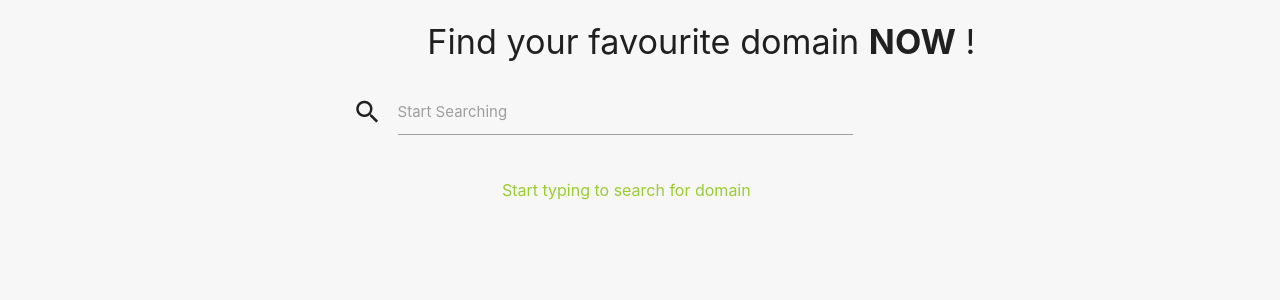
Repository: habib-urrehmaan/domain-name-searcher
Page: / (app in client/)
These files come from the project's save history. The page is drawn as it stood at one moment and after the next save; the edit follows.
The browser window is 1280 px wide. The pictures show the whole page.
The project was rebuilt for these pictures with package versions that can differ from the ones it lists, and the page was loaded fresh each time. Also part of the build but not shown: client/src/Suggested.js.

Above is the page before, as saved 2020-04-17 22:04:07.

After the next save:
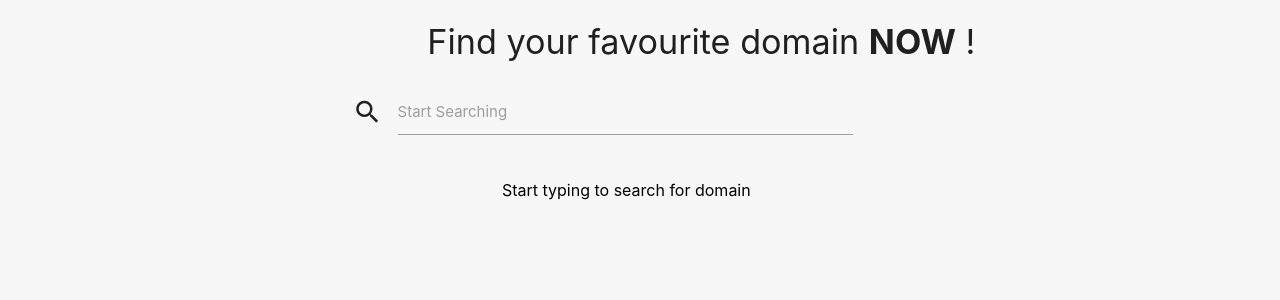
Saved 28 s later.
--- a/client/src/Output.css
+++ b/client/src/Output.css
@@ -10,6 +10,6 @@
 
 .info
 {
-    color:yellowgreen;
+    color:black;
     font-size: medium;
 }
